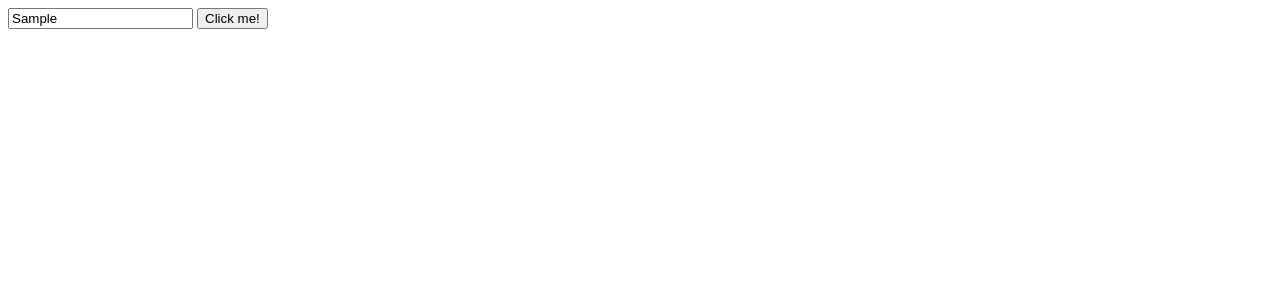
Repository: nguyenhung50497/MD2_xuLyBatDongBo
Page: BT_ungDungDemGioTimeCountdown/index.html
The author's editor kept a copy of each file at every save. The page is drawn from the files as they stood at one save, then again after the next save.
The browser window is 1280 px wide. The pictures show the whole page.
Empty fields were first filled with sample values (such as "Sample", 5 or name@example.com).
After loading, the first visible `button` was clicked once.

Above is the page before, as saved 2022-12-08 15:48:05.
Console error (its wording comes from the project's code and is left out).

### BT_ungDungDemGioTimeCountdown/index.html
<!doctype html>
<html lang="en">
<head>
    <meta charset="UTF-8">
    <meta name="viewport"
          content="width=device-width, user-scalable=no, initial-scale=1.0, maximum-scale=1.0, minimum-scale=1.0">
    <meta http-equiv="X-UA-Compatible" content="ie=edge">
    <title>Document</title>
</head>
<body>
    <input type="text" id="time">
    <button onclick="timeCountdown()">Click me!</button>
    <div id="time-countdown"></div>
<script src="app.js"></script>
</body>
</html>

### BT_ungDungDemGioTimeCountdown/app.js
function sleep(ms) {
    return new Promise((resolve) => setTimeout(resolve, ms))
}

async function countDown(i) {
    while (i > 0) {
        document.getElementById('time-countdown').innerHTML = i;
        i--;
        await sleep(1000);
    }
    return "counter finished:";
}



function timeCountdown() {
    let counter = countDown(document.querySelector('#'));
    counter.then((msg) => {
        document.getElementById('time-countdown').innerHTML = msg
    });
}

After the next save:
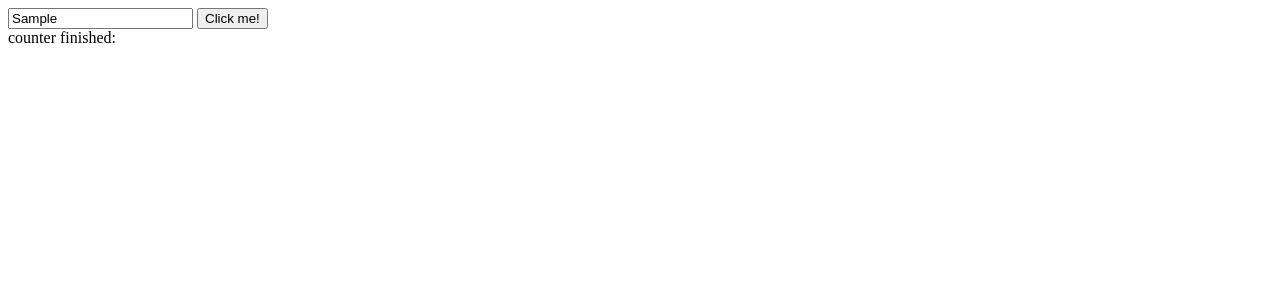
The error is gone.
Saved 4 s later.
--- a/BT_ungDungDemGioTimeCountdown/app.js
+++ b/BT_ungDungDemGioTimeCountdown/app.js
@@ -14,7 +14,7 @@ async function countDown(i) {
 
 
 function timeCountdown() {
-    let counter = countDown(document.querySelector('#'));
+    let counter = countDown(document.querySelector('#time'));
     counter.then((msg) => {
         document.getElementById('time-countdown').innerHTML = msg
     });
